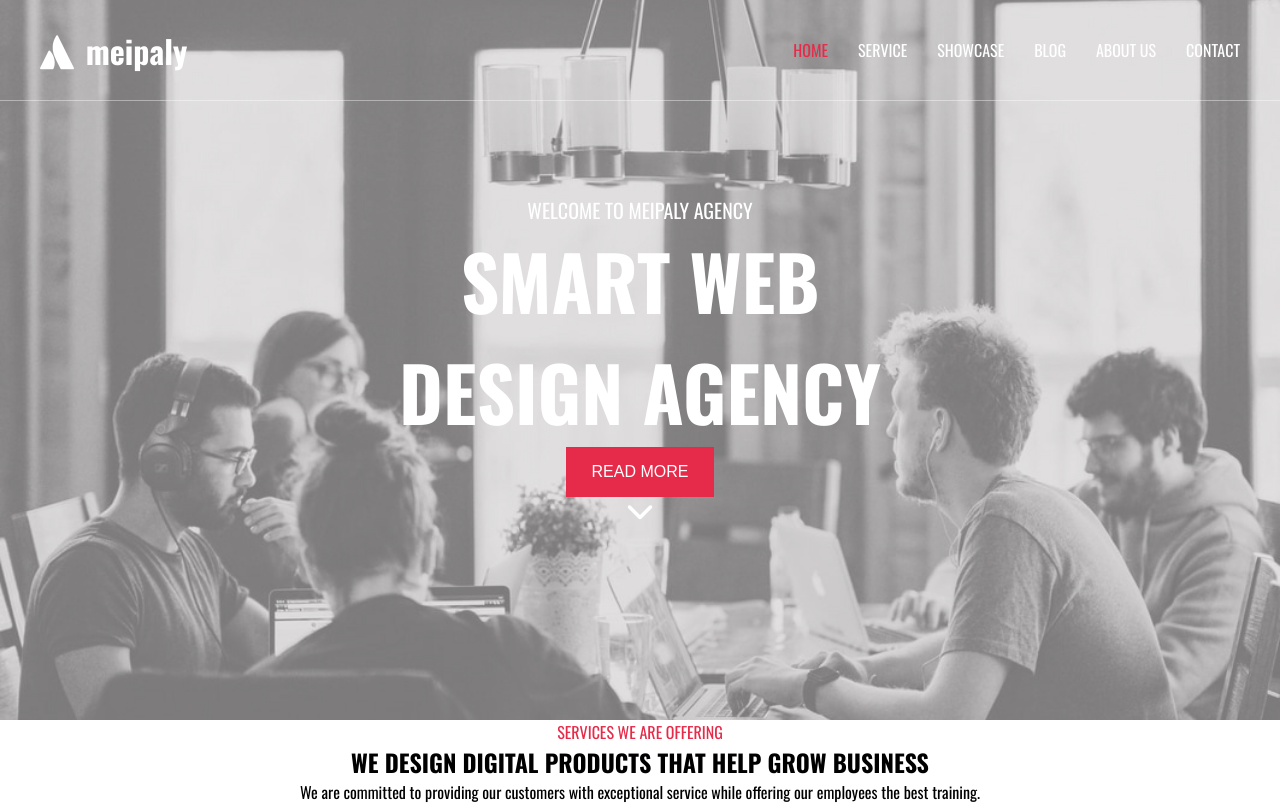
Repository: trminhphuc1504/meipaly
Page: meipaly.html
The author's editor kept a copy of each file at every save. The page is drawn from the files as they stood at one save, then again after the next save.
The browser window is 1280 px wide. The pictures show the whole page.
Some web libraries are served in a nearby version.

Above is the page before, as saved 2024-08-18 23:48:14.

### meipaly.html
<!DOCTYPE html>
<html lang="en">
  <head>
    <meta charset="UTF-8" />
    <meta http-equiv="X-UA-Compatible" content="IE=edge" />
    <meta name="viewport" content="width=device-width, initial-scale=1.0" />
    <title>Meipaly</title>
    <!-- link logo -->
    <link
      rel="stylesheet"
      href="https://cdnjs.cloudflare.com/ajax/libs/font-awesome/6.6.0/css/all.min.css"
    />
    <!-- google-font -->
    <link rel="preconnect" href="https://fonts.googleapis.com" />
    <link rel="preconnect" href="https://fonts.gstatic.com" crossorigin />
    <link
      href="https://fonts.googleapis.com/css2?family=Oswald:wght@200..700&display=swap"
      rel="stylesheet"
    />
    <!-- link css -->
    <link rel="stylesheet" href="css/meipaly.css" />
  </head>
  <body>
    <!-- header -->
    <section id="header">
      <div class="container">
        <header>
          <div class="header-logo">
            <i class="fa-brands fa-atlassian"></i> <span>meipaly </span>
          </div>
          <nav class="header-nav">
            <ul>
              <li><a class="active" href="">HOME</a></li>
              <li><a href="">SERVICE</a></li>
              <li><a href="">SHOWCASE</a></li>
              <li><a href="">BLOG</a></li>
              <li><a href="">ABOUT US</a></li>
              <li><a href="">CONTACT</a></li>
            </ul>
          </nav>
        </header>
      </div>
    </section>
    <!-- banner -->
    <section id="banner">
      <div class="banner-content">
        <p class="banner-desc">WELCOME TO MEIPALY AGENCY</p>
        <h1 class="banner-title">SMART WEB DESIGN AGENCY</h1>
        <button class="banner-btn">Read More</button>
        <i class="fa-solid fa-chevron-down banner-icon"></i>
      </div>
    </section>

    <!-- Carousel -->
    <section id="carousel">
      <div class="container">
        <div class="carousel-content">
          <div class="carousel-sub-title">SERVICES WE ARE OFFERING</div>
          <h2 class="carousel-title">
            WE DESIGN DIGITAL PRODUCTS THAT HELP GROW BUSINESS
          </h2>
          <p class="carousel-desc">
            We are committed to providing our customers with exceptional service
            while offering our employees the best training.
          </p>
          <div class="carousel-slider"></div>
        </div>
      </div>
    </section>
  </body>
</html>

### css/meipaly.css
/* reset css */
* {
margin: 0;
padding: 0;
box-sizing: border-box;
}

/* reset gạch chân mặc định của thẻ a  */
a{
    text-decoration: none;
}
html{
    font-family: "Oswald", sans-serif;
}

.container{
    max-width: 1200px;
    margin: auto;
    /* background: blue; */
}

/* --------------Header-------------- */
header{
    display: flex;
    justify-content: space-between;
    height: 100px;
    align-items: center;
}

#header{
    position: absolute;
    width: 100%;
    left: 0;
    top:0;
    border-bottom:1px solid rgba(255, 255, 255, 0.4);
}

header .header-logo{
    /* thay đổi hình dạng của con trỏ chuột */
    cursor:pointer ;
}

/* selector chọn những thẻ có class là header-logo nằm trong thẻ header */
header .header-logo span{
 font-size:32px;
 font-weight: 700;
 color:#fff;
 margin-left:  8px;
}

header .header-logo i{
    font-size:34px;
    color: #fff;
}

header .header-nav a{
    text-decoration: none;
    text-transform: uppercase;
    color: #fff;
    /* Xác định thuộc tính thay đổi */
    /* transition: all; */

    /* Thời gian thực hiện chuyển động thay đổi */
    /* transition-duration: 0.3s; */

    /* Hiệu ứng thay đổi */
    /* transition-timing-function: ease-in-out; */

    /* Cú pháp rút gọn */
    transition: all 0.3s ease-in-out;
}
/* hover: bắt sự kiện khi rê chuột vào thẻ a */
header .header-nav a:hover{
color: #e62b4a;
}
/* C1 */
/* header .header-nav li {
    display: inline;
    margin: 30px;
} */

/* C2: Sử dụng flex */
header .header-nav ul{
    /* bỏ đi đánh dấu của thẻ ul li */
    list-style: none;
    display: flex;
    /* chỉnh khoảng cách giữa các flex items */
    gap: 30px;
}
/* C1: thêm class active vào thẻ a ở file html */
/* Seclector tới thẻ a có class active nằm trong header-nav và trong header */
header .header-nav a.active{
    color: #e62b4a;
}

/* C2 */
/* Selector tới thẻ a trong thẻ con li đầu tiên của thẻ ul */
/* nth-child():lựa chọn tới thẻ con bất kì */
/* header .header-nav ul li:first-child{
    color: #e62b4a;
} */

#banner{
        /* Dùng hình ảnh để làm hình nền  */
        background:url(../img/home_slider.jpg);
        /*Tránh trường hợp lặp lại hình*/
        background-repeat: no-repeat;
        /* Chỉnh kích thước của hình nền */
        /* cover:chiếm hết toàn bộ kích thước của thẻ cha */
        /* contain: Giữ nguyên kích thước của hình*/
        background-size: cover;
        /* Chỉnh sửa vị trí của hình background */
        background-position: center;

        /* Cú pháp viết gọn */
        /* background:url(../img/home_slider.jpg) no-repeat center / cover; */
}



/* Banner */
/* Căn giữa nội dụng */
/* C1: flex box */
#banner .banner-content{
    display: flex;
    flex-direction: column;
    justify-content: center;
    align-items: center;
    height:100vh;
}

#banner .banner-content .banner-icon{
    color:#fff;
    font-size: 28px;

    /* Tên của animation đang muốn áp dụng vào */
    animation-name: fadeDown;

    /* Kiểu chuyển động của animation */
    animation-timing-function: linear;

    /* Thời gian thực hiện của animation */
    animation-duration: 1s;

    animation-fill-mode: both;

    /* Thời gian chờ trước khi animation đc thực hiện */
    animation-delay: 1s;

    /* Số lần animation đc thực hiện */
    animation-iteration-count: infinite;


    /* Cú pháp rút gọn: */
    /* animation:fadeDown 1s linear infinite; */
}

/* C2:Position */
/* #banner{
    position: relative;
} */

/* #banner .banner-content{
    position: absolute;
    top:50%;
    left:50%;
    transform: translate(-50%,-50%);
    margin-top:79px;
    text-align: center;
    background-color: #111;
} */

#banner .banner-content .banner-desc{
    color: white;
    font-size: 20px;

}

#banner .banner-content .banner-title{
    color: white;
    font-size: 75px;
    max-width: 500px;
    text-align: center;
}



#banner .banner-content .banner-btn{
    background-color: rgb(230, 43, 74);
    padding: 14px 24px;
    text-transform: uppercase;
    color: #fff;
    font-size: 16px;
    font-weight: 400;
    cursor: pointer;
    outline: none;
    border: 2px solid transparent;
    transition: all 0.3s ease-in-out;
}

#banner .banner-content .banner-btn:hover{
    /* Giá trị cuối cùng (alpha) từ 0-1 giá trị càng nhỏ thì càng đậm */
    /* background-color: rgb(230, 43, 74); */
    background: rgb(230, 43, 74 ,0.6);
}

/* Tạo animation */
/* @keyframe */
@keyframes fadeDown {
    from{
        /* thuộc tính của trang thái bắt đầu */
        opacity: 1;
        transform: translateY(0);
    }
    to{
        /* thuộc tính ở trạng thái khết thúc */
        opacity: 0;
        transform: translateY(50px);
    }
}


/* Carousel */

#carousel .carousel-content {
    text-align: center;
}

#carousel .carousel-content .carousel-sub-title{
    color:#e62b4a
}

After the next save:
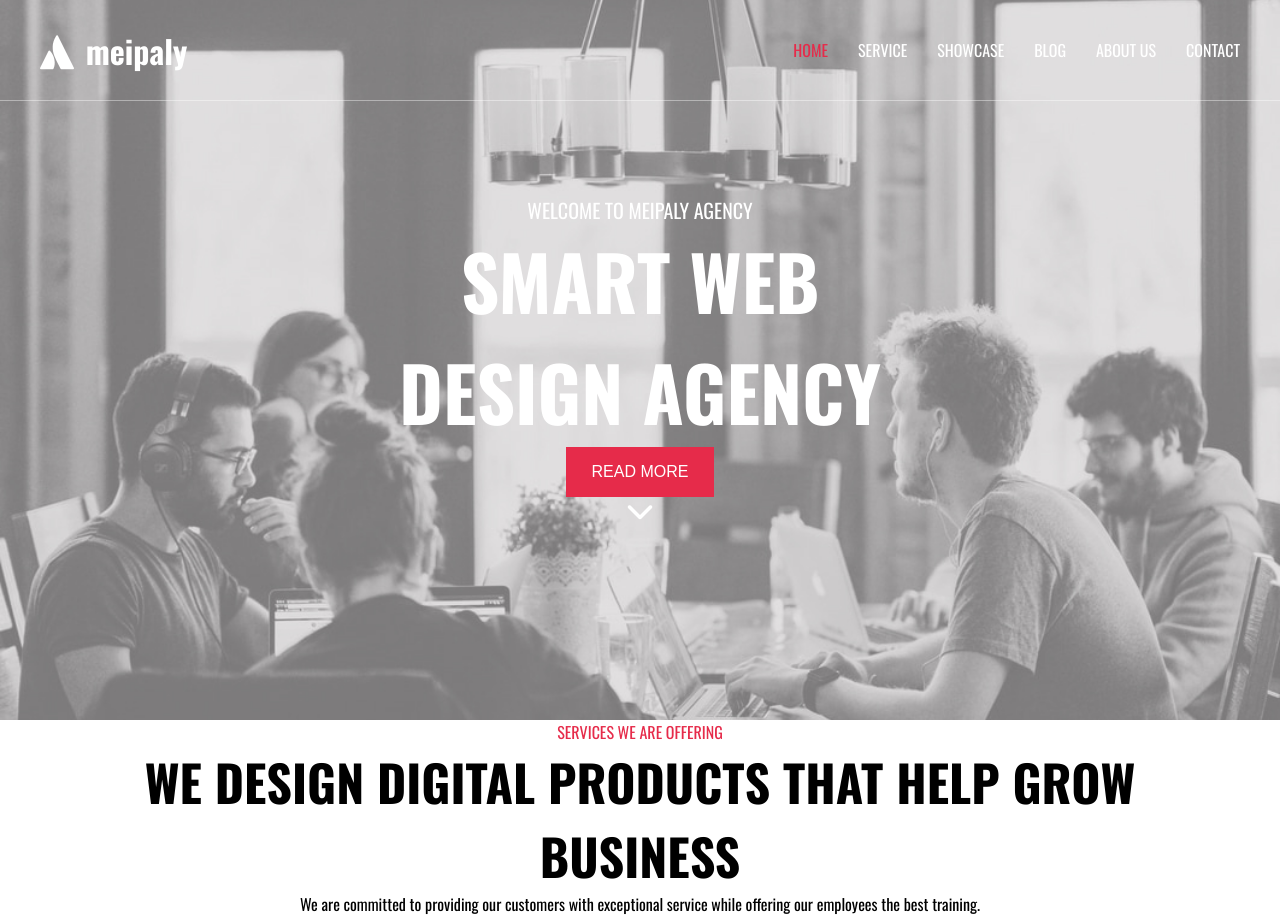
Saved 41 s later.
--- a/css/meipaly.css
+++ b/css/meipaly.css
@@ -229,3 +229,7 @@
 #carousel .carousel-content .carousel-sub-title{
     color:#e62b4a
 }
+
+#carousel .carousel-content .carousel-title{
+    font-size: 50px;
+}
